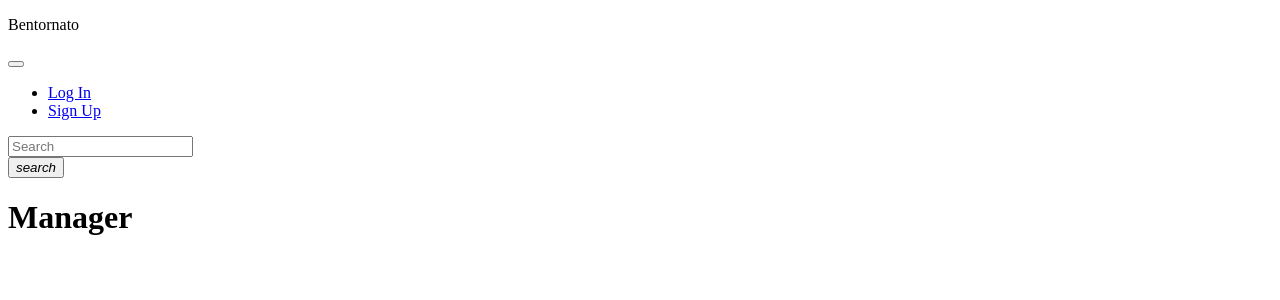
Repository: giovannispaziani/progetto_agile
Page: http://localhost/manager
These files come from the project's save history. The page is drawn as it stood at one moment and after the next save; the edit follows.
The browser window is 1280 px wide. The pictures show the whole page.
The page is served by the project's Laravel application, run on PHP 8.4 with Laravel 8. Other server files are loaded and not shown.

Above is the page before, as saved 2022-05-21 18:43:50.

### routes/web.php
<?php

use Illuminate\Support\Facades\Route;

/*
|--------------------------------------------------------------------------
| Web Routes
|--------------------------------------------------------------------------
|
| Here is where you can register web routes for your application. These
| routes are loaded by the RouteServiceProvider within a group which
| contains the "web" middleware group. Now create something great!
|
*/

Route::get('/', function () {
    return view('home');
});

Auth::routes();

Route::get('/home', [App\Http\Controllers\HomeController::class, 'index'])->name('home');

Auth::routes();

Route::get('/home', [App\Http\Controllers\HomeController::class, 'index'])->name('home');

Route::get('/manager', [App\Http\Controllers\ManagerController::class, 'index'])->name('manager');

### app/Http/Controllers/ManagerController.php
<?php

namespace App\Http\Controllers;

use Illuminate\Http\Request;

class ManagerController extends Controller
{
    public function index()
    {
        return view('manager.index');
    }
}

### resources/views/manager/index.blade.php
<!DOCTYPE html>
<html>
<head>
	<meta charset="utf-8">
	<title>Manager Dashboard</title>
</head>
<body>
<nav class="navbar navbar-expand-lg bg-primary">
    <div class="container">
        <p>Bentornato</p>
      <!-- <a class="navbar-brand" href="#">Bentornato</a><-->
      <button class="navbar-toggler" type="button" data-toggle="collapse" data-target="#navbarTogglerDemo02" aria-controls="navbarTogglerDemo02" aria-expanded="false" aria-label="Toggle navigation">
      <span class="navbar-toggler-bar navbar-kebab"></span>
      <span class="navbar-toggler-bar navbar-kebab"></span>
      <span class="navbar-toggler-bar navbar-kebab"></span>
      </button>

      <div class="collapse navbar-collapse" id="navbarTogglerDemo02">
        <ul class="navbar-nav mr-auto mt-2 mt-lg-0">
          <li class="nav-item active">
            <a class="nav-link" href="login">Log In</a>
          </li>
          <li class="nav-item">
            <a class="nav-link disabled" href="register">Sign Up</a>
          </li>
        </ul>
        <form class="form-inline ml-auto">
            <div class="form-group no-border">
              <input type="text" class="form-control" placeholder="Search">
            </div>
            <button type="submit" class="btn btn-neutral btn-icon btn-round">
                <i class="material-icons">search</i>
            </button>
        </form>
      </div>
    </div>
  </nav>

	<h1>Manager</h1>
</body>

</html>

Loaded but not shown: app/Http/Controllers/Auth/ConfirmPasswordController.php (common file); app/Http/Controllers/Controller.php (common file)

After the next save:
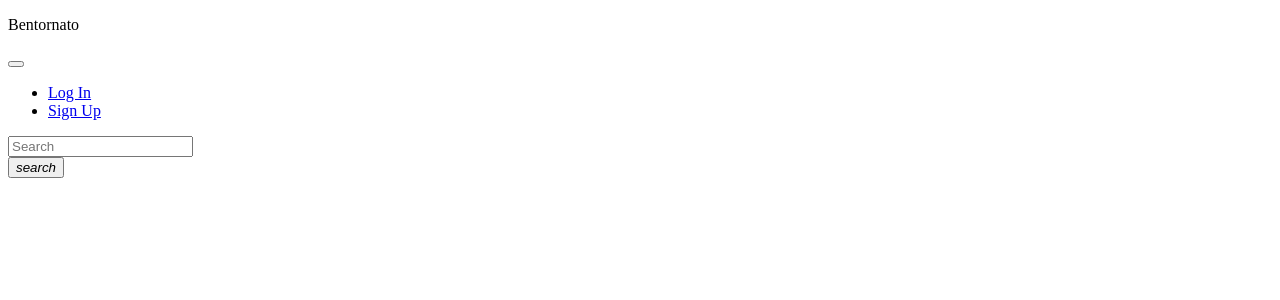
Saved 7 s later.
--- a/resources/views/manager/index.blade.php
+++ b/resources/views/manager/index.blade.php
@@ -36,7 +36,6 @@
     </div>
   </nav>
 
-	<h1>Manager</h1>
 </body>
 
 </html>
